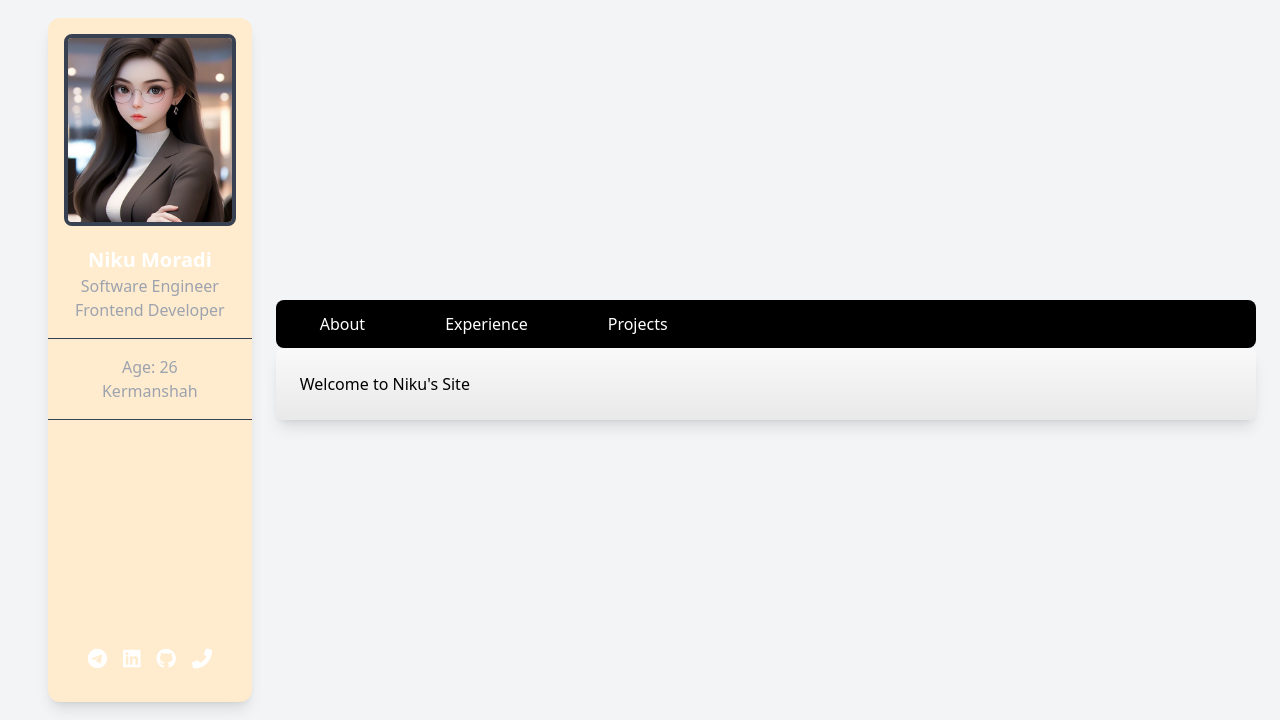
Repository: NikuMoradi/niku-moradi
Page: /
An editor plug-in stored every save of this project. The page is shown before and after the next save, followed by the edit.
The browser window is 1280 px wide. The pictures show the whole page.
The project was rebuilt for these pictures with package versions that can differ from the ones it lists, and the page was loaded fresh each time. The framework's server and built-in components were replaced by stand-ins that run in the browser. Also part of the build but not shown: nuxt.config.ts, components/Blog Posts/Component-Design.vue, components/Blog.vue, components/Contact.vue, components/Education.vue, components/Experience.vue, components/Hero.vue, components/MyPage.vue and 2 more.

Above is the page before, as saved 2024-11-29 08:51:14.

After the next save:
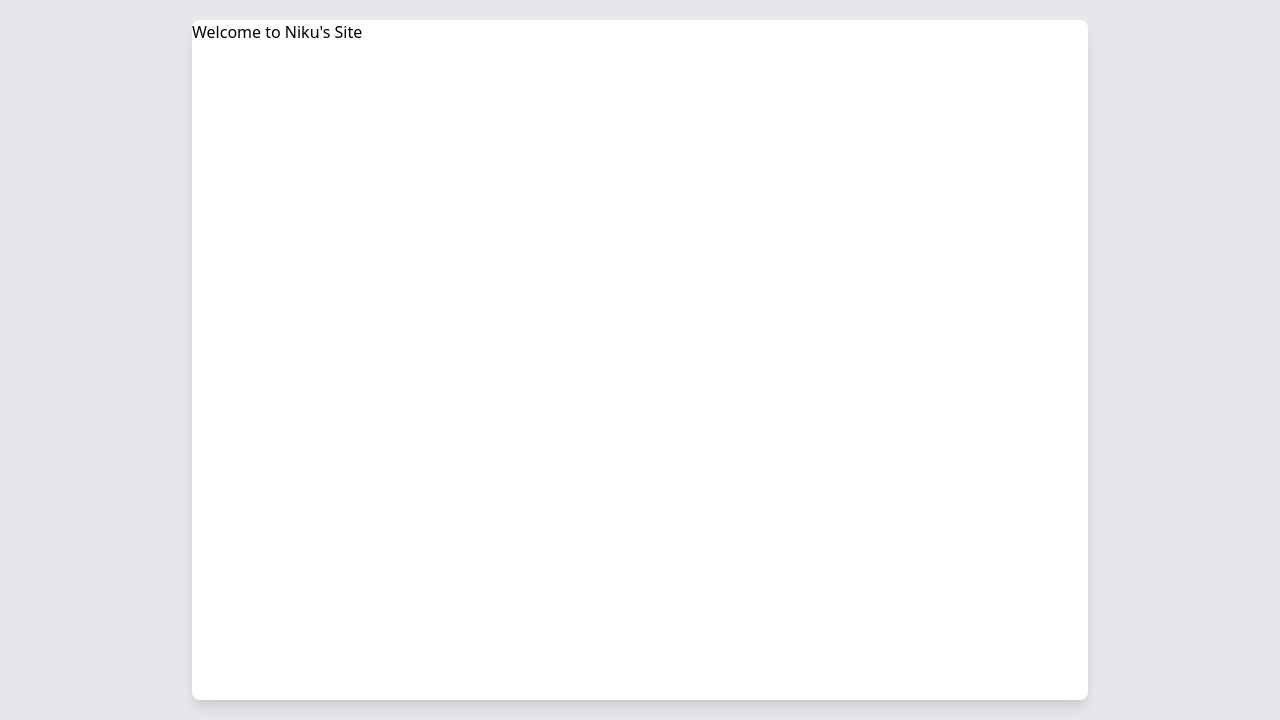
Saved 4 min 45 s later.
--- a/layouts/default.vue
+++ b/layouts/default.vue
@@ -1,24 +1,21 @@
 <template>
-  <div class="flex justify-center items-center min-h-screen bg-gray-100">
-    <!-- Sidebar -->
-    <LeftPanel />
-
-    <!-- Main Content Area -->
-    <div class="flex flex-col w-full max-w-6xl px-6 py-6">
-      <Menu />
-
-      <!-- Scrollable Middle Section -->
-      <main
-        class="flex-1 overflow-y-auto bg-white rounded-lg shadow-lg p-6"
-        style="background: linear-gradient(to bottom, #f9f9f9, #e9e9e9)"
-      >
+  <div class="flex justify-center items-center min-h-screen bg-gray-200 px-4">
+    <!-- Fixed Width Centered Card -->
+    <div
+      class="bg-white rounded-lg shadow-lg w-full max-w-4xl overflow-hidden"
+      style="height: calc(100vh - 40px)"
+    >
+      <!-- Scrollable Content -->
+      <div class="overflow-y-auto h-full">
         <NuxtPage />
-      </main>
+      </div>
     </div>
   </div>
 </template>
 
-<script setup>
-import LeftPanel from "~/components/LeftPanel.vue";
-import Menu from "~/components/Menu.vue";
-</script>
+<style>
+/* Add any custom global styles here */
+body {
+  background: linear-gradient(to bottom, #f0f0f0, #d0d0d0);
+}
+</style>

After the save that followed:
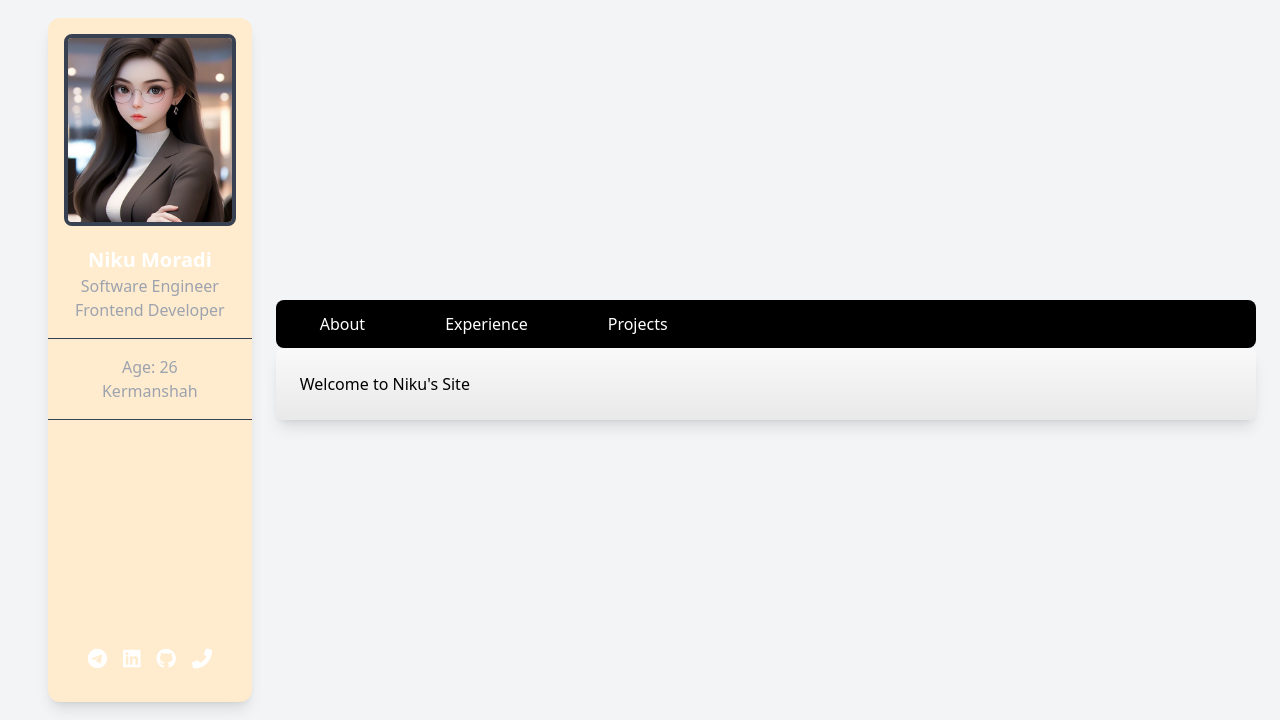
Saved 93 s later.
--- a/layouts/default.vue
+++ b/layouts/default.vue
@@ -1,21 +1,24 @@
 <template>
-  <div class="flex justify-center items-center min-h-screen bg-gray-200 px-4">
-    <!-- Fixed Width Centered Card -->
-    <div
-      class="bg-white rounded-lg shadow-lg w-full max-w-4xl overflow-hidden"
-      style="height: calc(100vh - 40px)"
-    >
-      <!-- Scrollable Content -->
-      <div class="overflow-y-auto h-full">
+  <div class="flex justify-center items-center min-h-screen bg-gray-100">
+    <!-- Sidebar -->
+    <LeftPanel />
+
+    <!-- Main Content Area -->
+    <div class="flex flex-col w-full max-w-6xl px-6 py-6">
+      <Menu />
+
+      <!-- Scrollable Middle Section -->
+      <main
+        class="flex-1 overflow-y-auto bg-white rounded-lg shadow-lg p-6"
+        style="background: linear-gradient(to bottom, #f9f9f9, #e9e9e9)"
+      >
         <NuxtPage />
-      </div>
+      </main>
     </div>
   </div>
 </template>
 
-<style>
-/* Add any custom global styles here */
-body {
-  background: linear-gradient(to bottom, #f0f0f0, #d0d0d0);
-}
-</style>
+<script setup>
+import LeftPanel from "~/components/LeftPanel.vue";
+import Menu from "~/components/Menu.vue";
+</script>
